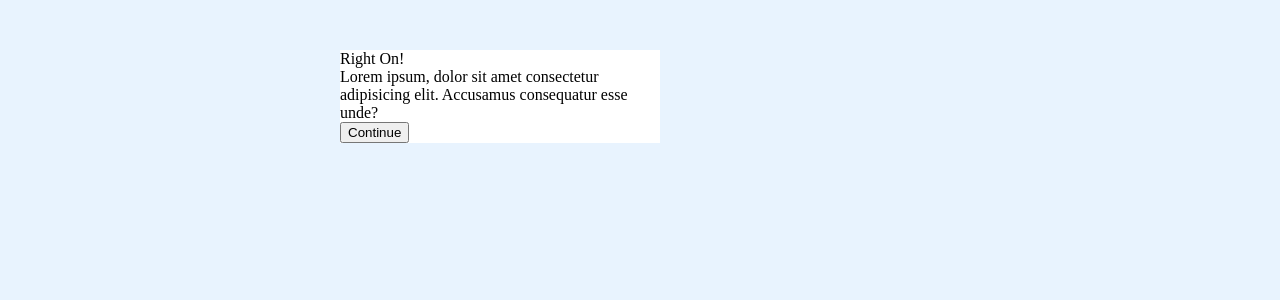
Repository: giahuy405/flash_message_BEM
Page: index.html
The author's editor kept a copy of each file at every save. The page is drawn from the files as they stood at one save, then again after the next save.
The browser window is 1280 px wide. The pictures show the whole page.

Above is the page before, as saved 2022-09-06 02:07:50.

### index.html
<!DOCTYPE html>
<html lang="en">
<head>
    <meta charset="UTF-8">
    <meta http-equiv="X-UA-Compatible" content="IE=edge">
    <meta name="viewport" content="width=device-width, initial-scale=1.0">
    <title>Document</title>
    <link rel="stylesheet" href="css/index.css">
</head>
<body>
        <!--
        code về phần flash message và áp dụng BEM Block Element Modifier
        Ví dụ :
        Laptop là Block ( 1 khối lớn )

        Thì các Element ( thành phần ) sẽ là : keyboard, mouse, screen, touch-pad
        Block Element : Laptop__keyboard, Laptop__mouse....

        Modifer ( biến thể khác ) sẽ là : loại của chúng như to, nhỏ, hãng,...
        Block Modifier : Laptop--big, Laptop--small,
        Block Element Modifier : Laptop__keyboard--apple , Laptop__touch-pad--smooth,...
    -->
        <!-- Block: flash message
        Element: img, title, desc (description), button
        Modifier: primary, secondary

        Block 1 & block 2
        flash-message
        flash-message__img, flash-message__title, flash-message__desc, flash-message__button

        Block 1: flash-message__title--primary -->


        <div class="container">
            <div class="flash-message">
                <div class="flash-message__img">

                </div>
                <div class="flash-message__title">
                    Right On!
                </div>
                <div class="flash-message__desc">
                    Lorem ipsum, dolor sit amet consectetur adipisicing elit. Accusamus consequatur esse unde?
                </div>
                <button class="flash-message__button">Continue</button>
            </div>
            <div class="flash-message">

            </div>
             <div class="clear"></div>
        </div>

</body>
</html>

### css/index.css
*{
    box-sizing: border-box;
}
body{
    padding: 0;
    margin: 0;
    background-color: #e8f3fe;
}
.clear{
    clear: both;
}
.container{
    width: 50%;
    margin: 0 auto;
}
.flash-message{
    float: left;
    width: 50%;
    background-color: white;
    margin: 50px 20px;
}

After the next save:
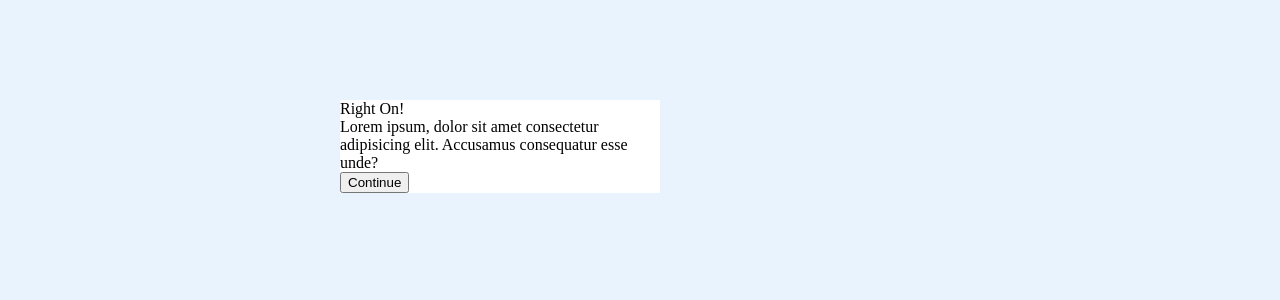
Saved 15 s later.
--- a/css/index.css
+++ b/css/index.css
@@ -17,5 +17,5 @@
     float: left;
     width: 50%;
     background-color: white;
-    margin: 50px 20px;
+    margin: 100px 20px;
 }
